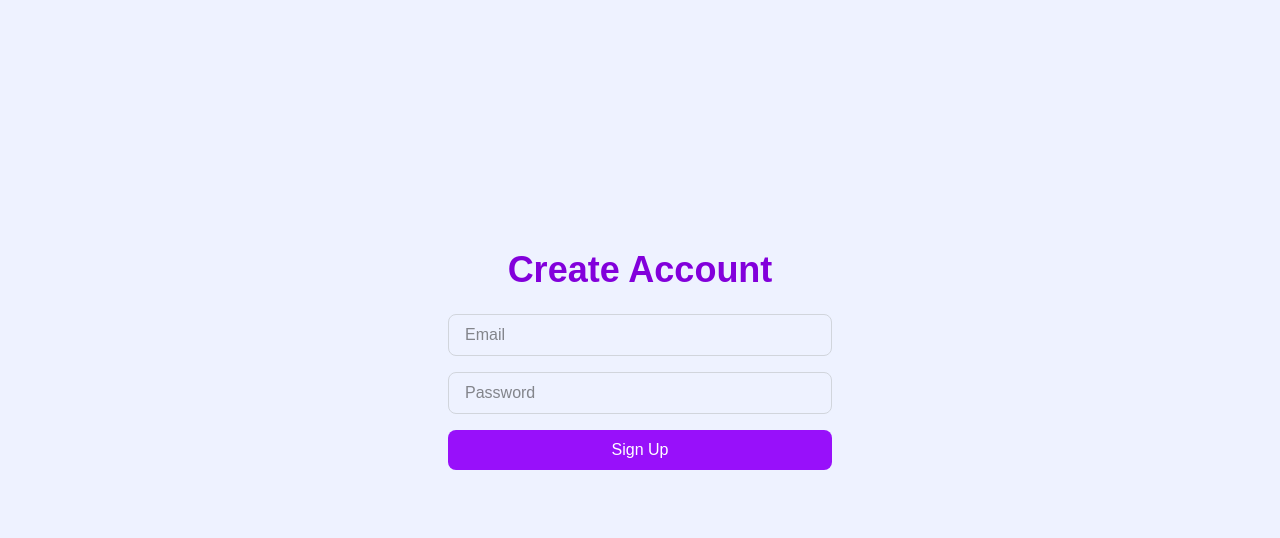
Repository: ramosfranz/bookie
Page: /signup
The author's editor kept a copy of each file at every save. The page is drawn from the files as they stood at one save, then again after the next save.
The browser window is 1280 px wide. The pictures show the whole page.
The page's requests for data from a server got no answer. The project was rebuilt for these pictures with package versions that can differ from the ones it lists, and the page was loaded fresh each time. The framework's server and built-in components were replaced by stand-ins that run in the browser. No one was signed in, and anything a server would have sent is missing. Also part of the build but not shown: next.config.ts.

Above is the page before, as saved 2025-11-21 15:35:27.

After the next save:
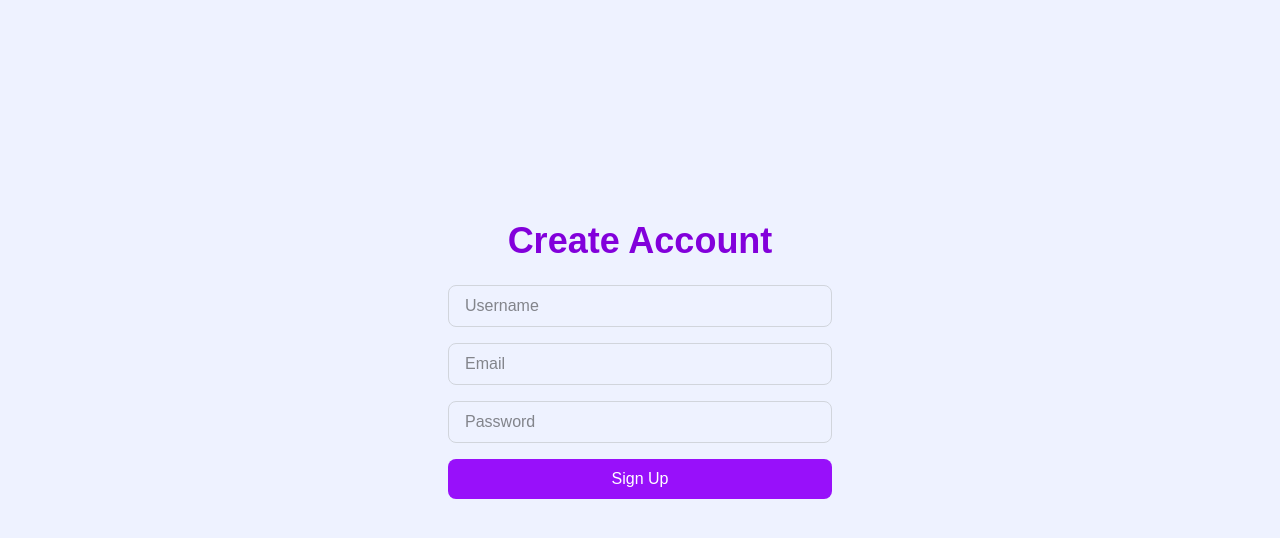
Saved 114 s later.
--- a/src/app/signup/page.tsx
+++ b/src/app/signup/page.tsx
@@ -5,38 +5,56 @@ import { useRouter } from "next/navigation";
 import { signUp } from "@/lib/supabase/auth";
 import { supabase } from "@/lib/supabase/client";
 
-
 export default function SignupPage() {
   const router = useRouter();
   const [email, setEmail] = useState("");
+  const [username, setUsername] = useState(""); // added username state
   const [password, setPassword] = useState("");
   const [loading, setLoading] = useState(false);
   const [errorMsg, setErrorMsg] = useState("");
 
-const handleSignup = async (e: React.FormEvent) => {
-  e.preventDefault();
-  setLoading(true);
-  setErrorMsg("");
+  const handleSignup = async (e: React.FormEvent) => {
+    e.preventDefault();
+    setLoading(true);
+    setErrorMsg("");
 
-  const { data: authData, error: signUpError } = await signUp(email, password);
+    // Create user in Supabase
+    const { data: authData, error: signUpError } = await signUp(email, password);
 
-  if (signUpError) {
-    setErrorMsg(signUpError.message);
+    if (signUpError) {
+      setErrorMsg(signUpError.message);
+      setLoading(false);
+      return;
+    }
+
+    // Save the username in the user's profile table
+    const { error: profileError } = await supabase
+      .from("profiles")
+      .insert([{ id: authData.user?.id, username }]);
+
+    if (profileError) {
+      setErrorMsg(profileError.message);
+      setLoading(false);
+      return;
+    }
+
+    alert("Signup successful! Please check your email for verification.");
+    router.push("/login");
     setLoading(false);
-    return;
-  }
-
-  alert("Signup successful! Please check your email for verification.");
-  router.push("/login");
-  setLoading(false);
-};
-
-
+  };
 
   return (
     <div className="flex flex-col items-center justify-center min-h-screen bg-indigo-50 p-6">
       <h1 className="text-4xl font-bold mb-6 text-purple-700">Create Account</h1>
       <form onSubmit={handleSignup} className="flex flex-col gap-4 w-full max-w-sm">
+        <input
+          type="text"
+          placeholder="Username"
+          value={username}
+          onChange={(e) => setUsername(e.target.value)}
+          className="px-4 py-2 rounded-lg border border-gray-300 focus:outline-none focus:ring-2 focus:ring-purple-500"
+          required
+        />
         <input
           type="email"
           placeholder="Email"
